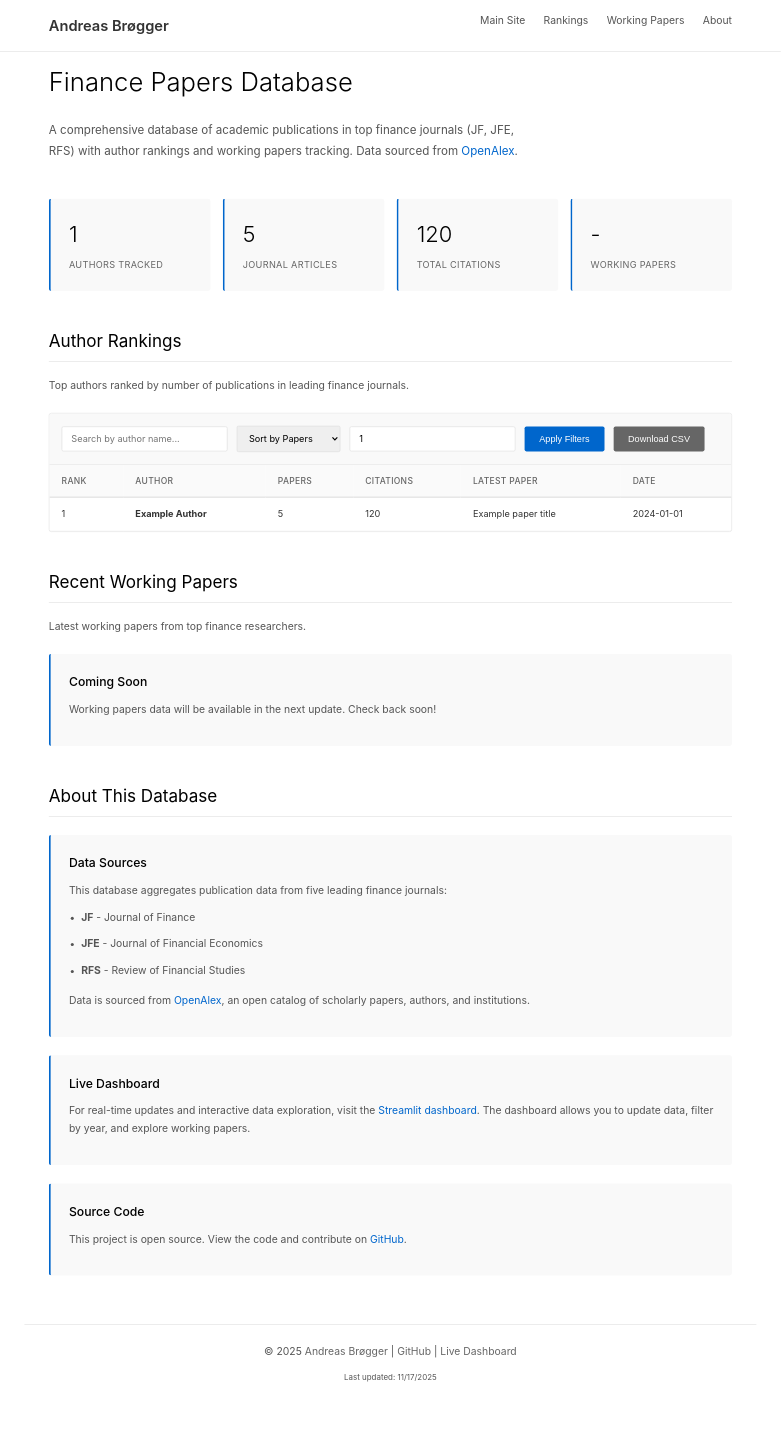
Repository: anbrog/finance-papers
Page: docs/index.html
These files come from the project's save history. The page is drawn as it stood at one moment and after the next save; the edit follows.
The browser window is 1280 px wide. The pictures show the whole page, at 61% of full size.

Above is the page before, as saved 2025-11-18 11:26:41.

### docs/index.html
<!DOCTYPE html>
<html lang="en">
<head>
    <meta charset="UTF-8">
    <meta name="viewport" content="width=device-width, initial-scale=1.0">
    <title>Finance Papers Database - Andreas Brøgger</title>
    <style>
        * {
            margin: 0;
            padding: 0;
            box-sizing: border-box;
        }

        body {
            font-family: -apple-system, BlinkMacSystemFont, 'Segoe UI', 'Roboto', 'Helvetica Neue', Arial, sans-serif;
            line-height: 1.6;
            color: #333;
            background-color: #ffffff;
        }

        /* Navigation - matching andreasbrogger.com */
        nav {
            background-color: #ffffff;
            border-bottom: 1px solid #e0e0e0;
            position: fixed;
            width: 100%;
            top: 0;
            z-index: 1000;
            padding: 20px 0;
        }

        nav .container {
            max-width: 1200px;
            margin: 0 auto;
            padding: 0 40px;
            display: flex;
            justify-content: space-between;
            align-items: center;
        }

        nav .logo {
            font-size: 24px;
            font-weight: 600;
            color: #333;
            text-decoration: none;
        }

        nav .nav-links {
            display: flex;
            gap: 30px;
            list-style: none;
        }

        nav .nav-links a {
            color: #555;
            text-decoration: none;
            transition: color 0.3s;
        }

        nav .nav-links a:hover {
            color: #000;
        }

        /* Main Content */
        main {
            max-width: 1200px;
            margin: 100px auto 60px;
            padding: 0 40px;
        }

        h1 {
            font-size: 42px;
            font-weight: 300;
            margin-bottom: 30px;
            color: #000;
        }

        h2 {
            font-size: 28px;
            font-weight: 400;
            margin: 50px 0 25px;
            color: #000;
            border-bottom: 1px solid #e0e0e0;
            padding-bottom: 10px;
        }

        h3 {
            font-size: 20px;
            font-weight: 500;
            margin: 30px 0 15px;
            color: #000;
        }

        p, li {
            font-size: 17px;
            line-height: 1.7;
            color: #555;
            margin-bottom: 15px;
        }

        a {
            color: #0066cc;
            text-decoration: none;
            transition: color 0.3s;
        }

        a:hover {
            color: #004499;
            text-decoration: underline;
        }

        /* Hero Section */
        .hero {
            margin-bottom: 60px;
        }

        .hero p {
            font-size: 19px;
            line-height: 1.8;
            max-width: 800px;
        }

        /* Stats Cards */
        .stats {
            display: grid;
            grid-template-columns: repeat(auto-fit, minmax(250px, 1fr));
            gap: 20px;
            margin: 40px 0;
        }

        .stat-card {
            background: #f9f9f9;
            padding: 30px;
            border-radius: 4px;
            border-left: 3px solid #0066cc;
        }

        .stat-card .number {
            font-size: 36px;
            font-weight: 300;
            color: #000;
            margin-bottom: 10px;
        }

        .stat-card .label {
            font-size: 15px;
            color: #666;
            text-transform: uppercase;
            letter-spacing: 0.5px;
        }

        /* Data Table */
        .table-container {
            background: #ffffff;
            border: 1px solid #e0e0e0;
            border-radius: 4px;
            overflow: hidden;
            margin: 30px 0;
        }

        .table-controls {
            padding: 20px;
            background: #f9f9f9;
            border-bottom: 1px solid #e0e0e0;
            display: flex;
            gap: 15px;
            flex-wrap: wrap;
            align-items: center;
        }

        .table-controls input,
        .table-controls select {
            padding: 10px 15px;
            border: 1px solid #ddd;
            border-radius: 3px;
            font-size: 15px;
            font-family: inherit;
        }

        .table-controls input:focus,
        .table-controls select:focus {
            outline: none;
            border-color: #0066cc;
        }

        table {
            width: 100%;
            border-collapse: collapse;
        }

        thead {
            background: #fafafa;
            border-bottom: 2px solid #e0e0e0;
        }

        th {
            padding: 15px 20px;
            text-align: left;
            font-weight: 500;
            font-size: 14px;
            color: #666;
            text-transform: uppercase;
            letter-spacing: 0.5px;
            cursor: pointer;
            user-select: none;
        }

        th:hover {
            background: #f0f0f0;
        }

        td {
            padding: 15px 20px;
            border-bottom: 1px solid #f0f0f0;
            font-size: 15px;
        }

        tbody tr:hover {
            background: #fafafa;
        }

        /* Buttons */
        .btn {
            display: inline-block;
            padding: 12px 24px;
            background: #0066cc;
            color: white !important;
            border: none;
            border-radius: 3px;
            font-size: 15px;
            cursor: pointer;
            transition: background 0.3s;
            text-decoration: none !important;
        }

        .btn:hover {
            background: #0052a3;
        }

        .btn-secondary {
            background: #666;
        }

        .btn-secondary:hover {
            background: #555;
        }

        /* Footer */
        footer {
            max-width: 1200px;
            margin: 80px auto 40px;
            padding: 30px 40px;
            border-top: 1px solid #e0e0e0;
            text-align: center;
            color: #999;
            font-size: 14px;
        }

        footer a {
            color: #666;
        }

        /* Sections */
        .section {
            margin: 60px 0;
        }

        .about-box {
            background: #f9f9f9;
            padding: 30px;
            border-radius: 4px;
            border-left: 3px solid #0066cc;
            margin: 30px 0;
        }

        .about-box h3 {
            margin-top: 0;
        }

        .about-box ul {
            margin-left: 20px;
            margin-top: 15px;
        }

        /* Loading State */
        .loading {
            text-align: center;
            padding: 60px 20px;
            color: #999;
            font-size: 17px;
        }

        /* Empty State */
        .empty-state {
            text-align: center;
            padding: 60px 20px;
            color: #999;
        }

        .empty-state h3 {
            color: #666;
            margin-bottom: 15px;
        }

        /* Responsive */
        @media (max-width: 768px) {
            nav .container {
                flex-direction: column;
                gap: 20px;
            }

            main {
                padding: 0 20px;
                margin-top: 140px;
            }

            h1 {
                font-size: 32px;
            }

            .stats {
                grid-template-columns: 1fr;
            }

            .table-container {
                overflow-x: auto;
            }

            table {
                min-width: 800px;
            }
        }
    </style>
</head>
<body>
    <!-- Navigation -->
    <nav>
        <div class="container">
            <a href="https://andreasbrogger.com" class="logo">Andreas Brøgger</a>
            <ul class="nav-links">
                <li><a href="https://andreasbrogger.com">Main Site</a></li>
                <li><a href="#rankings">Rankings</a></li>
                <li><a href="#working-papers">Working Papers</a></li>
                <li><a href="#about">About</a></li>
            </ul>
        </div>
    </nav>

    <!-- Main Content -->
    <main>
        <!-- Hero -->
        <div class="hero">
            <h1>Finance Papers Database</h1>
            <p>
                A comprehensive database of academic publications in top finance journals
                (JF, JFE, RFS) with author rankings and working papers tracking.
                Data sourced from <a href="https://openalex.org" target="_blank">OpenAlex</a>.
            </p>
        </div>

        <!-- Stats Overview -->
        <div class="stats" id="statsContainer">
            <div class="stat-card">
                <div class="number" id="totalAuthors">-</div>
                <div class="label">Authors Tracked</div>
            </div>
            <div class="stat-card">
                <div class="number" id="totalPapers">-</div>
                <div class="label">Journal Articles</div>
            </div>
            <div class="stat-card">
                <div class="number" id="totalCitations">-</div>
                <div class="label">Total Citations</div>
            </div>
            <div class="stat-card">
                <div class="number" id="totalWorkingPapers">-</div>
                <div class="label">Working Papers</div>
            </div>
        </div>

        <!-- Author Rankings Section -->
        <section class="section" id="rankings">
            <h2>Author Rankings</h2>
            <p>Top authors ranked by number of publications in leading finance journals.</p>

            <div class="table-container">
                <div class="table-controls">
                    <input type="text" id="searchInput" placeholder="Search by author name...">
                    <select id="sortBy">
                        <option value="papers">Sort by Papers</option>
                        <option value="citations">Sort by Citations</option>
                    </select>
                    <input type="number" id="minPapers" placeholder="Min papers" min="0" value="1">
                    <button class="btn" onclick="filterData()">Apply Filters</button>
                    <button class="btn btn-secondary" onclick="exportCSV()">Download CSV</button>
                </div>

                <div id="tableWrapper">
                    <div class="loading">Loading data...</div>
                </div>
            </div>
        </section>

        <!-- Working Papers Section -->
        <section class="section" id="working-papers">
            <h2>Recent Working Papers</h2>
            <p>Latest working papers from top finance researchers.</p>
            <div class="about-box">
                <h3>Coming Soon</h3>
                <p>Working papers data will be available in the next update. Check back soon!</p>
            </div>
        </section>

        <!-- About Section -->
        <section class="section" id="about">
            <h2>About This Database</h2>
            <div class="about-box">
                <h3>Data Sources</h3>
                <p>
                    This database aggregates publication data from five leading finance journals:
                </p>
                <ul>
                    <li><strong>JF</strong> - Journal of Finance</li>
                    <li><strong>JFE</strong> - Journal of Financial Economics</li>
                    <li><strong>RFS</strong> - Review of Financial Studies</li>
                </ul>
                <p style="margin-top: 20px;">
                    Data is sourced from <a href="https://openalex.org" target="_blank">OpenAlex</a>,
                    an open catalog of scholarly papers, authors, and institutions.
                </p>
            </div>

            <div class="about-box">
                <h3>Live Dashboard</h3>
                <p>
                    For real-time updates and interactive data exploration, visit the
                    <a href="https://finance-papers.streamlit.app" target="_blank">Streamlit dashboard</a>.
                    The dashboard allows you to update data, filter by year, and explore working papers.
                </p>
            </div>

            <div class="about-box">
                <h3>Source Code</h3>
                <p>
                    This project is open source. View the code and contribute on
                    <a href="https://github.com/anbrog/finance-papers" target="_blank">GitHub</a>.
                </p>
            </div>
        </section>
    </main>

    <!-- Footer -->
    <footer>
        <p>
            © 2025 <a href="https://andreasbrogger.com">Andreas Brøgger</a> |
            <a href="https://github.com/anbrog/finance-papers" target="_blank">GitHub</a> |
            <a href="https://finance-papers.streamlit.app" target="_blank">Live Dashboard</a>
        </p>
        <p style="margin-top: 10px; font-size: 13px;">
            Last updated: <span id="lastUpdate">-</span>
        </p>
    </footer>

    <script>
        let allData = [];

        async function loadData() {
            try {
                const response = await fetch('./data/rankings.json');
                allData = await response.json();

                if (allData.length > 0) {
                    displayData(allData);
                    updateStats(allData);
                    document.getElementById('lastUpdate').textContent = new Date().toLocaleDateString();
                } else {
                    showEmptyState();
                }
            } catch (error) {
                showEmptyState();
            }
        }

        function displayData(data) {
            const wrapper = document.getElementById('tableWrapper');

            if (data.length === 0) {
                wrapper.innerHTML = '<div class="empty-state"><h3>No results found</h3><p>Try adjusting your filters</p></div>';
                return;
            }

            let html = '<table><thead><tr>';
            html += '<th onclick="sortTable(\'rank\')">Rank</th>';
            html += '<th onclick="sortTable(\'author\')">Author</th>';
            html += '<th onclick="sortTable(\'papers\')">Papers</th>';
            html += '<th onclick="sortTable(\'citations\')">Citations</th>';
            html += '<th>Latest Paper</th>';
            html += '<th onclick="sortTable(\'date\')">Date</th>';
            html += '</tr></thead><tbody>';

            data.forEach((row, index) => {
                html += '<tr>';
                html += `<td>${index + 1}</td>`;
                html += `<td><strong>${row.Author || ''}</strong></td>`;
                html += `<td>${row.Papers || 0}</td>`;
                html += `<td>${row.Citations || 0}</td>`;
                html += `<td>${(row['Latest Paper'] || '').substring(0, 60)}${row['Latest Paper']?.length > 60 ? '...' : ''}</td>`;
                html += `<td>${row['Latest Date'] || ''}</td>`;
                html += '</tr>';
            });

            html += '</tbody></table>';
            wrapper.innerHTML = html;
        }

        function updateStats(data) {
            const totalAuthors = data.length;
            const totalPapers = data.reduce((sum, row) => sum + (row.Papers || 0), 0);
            const totalCitations = data.reduce((sum, row) => sum + (row.Citations || 0), 0);

            document.getElementById('totalAuthors').textContent = totalAuthors.toLocaleString();
            document.getElementById('totalPapers').textContent = totalPapers.toLocaleString();
            document.getElementById('totalCitations').textContent = totalCitations.toLocaleString();
            document.getElementById('totalWorkingPapers').textContent = '-';
        }

        function filterData() {
            const searchTerm = document.getElementById('searchInput').value.toLowerCase();
            const minPapers = parseInt(document.getElementById('minPapers').value) || 0;
            const sortBy = document.getElementById('sortBy').value;

            let filtered = allData.filter(row => {
                const matchesSearch = !searchTerm || (row.Author || '').toLowerCase().includes(searchTerm);
                const matchesPapers = (row.Papers || 0) >= minPapers;
                return matchesSearch && matchesPapers;
            });

            filtered.sort((a, b) => {
                if (sortBy === 'citations') {
                    return (b.Citations || 0) - (a.Citations || 0);
                }
                return (b.Papers || 0) - (a.Papers || 0);
            });

            displayData(filtered);
            updateStats(filtered);
        }

        function sortTable(column) {
            const sortBy = column === 'citations' ? 'citations' : 'papers';
            document.getElementById('sortBy').value = sortBy;
            filterData();
        }

        function exportCSV() {
            const csv = convertToCSV(allData);
            const blob = new Blob([csv], { type: 'text/csv' });
            const url = window.URL.createObjectURL(blob);
            const a = document.createElement('a');
            a.href = url;
            a.download = `finance_papers_rankings_${new Date().toISOString().split('T')[0]}.csv`;
            a.click();
        }

        function convertToCSV(data) {
            const headers = ['Rank', 'Author', 'Papers', 'Citations', 'Latest Paper', 'Latest Date'];
            const rows = data.map((row, index) => [
                index + 1,
                row.Author || '',
                row.Papers || 0,
                row.Citations || 0,
                (row['Latest Paper'] || '').replace(/"/g, '""'),
                row['Latest Date'] || ''
            ]);

            return [
                headers.join(','),
                ...rows.map(row => row.map(cell => `"${cell}"`).join(','))
            ].join('\n');
        }

        function showEmptyState() {
            document.getElementById('tableWrapper').innerHTML = `
                <div class="empty-state">
                    <h3>No data available yet</h3>
                    <p>Export rankings from the <a href="https://finance-papers.streamlit.app" target="_blank">Streamlit dashboard</a> to populate this page.</p>
                    <p style="margin-top: 20px;">
                        <a href="https://finance-papers.streamlit.app" target="_blank" class="btn">Go to Dashboard</a>
                    </p>
                </div>
            `;
            document.getElementById('totalAuthors').textContent = '0';
            document.getElementById('totalPapers').textContent = '0';
            document.getElementById('totalCitations').textContent = '0';
        }

        document.getElementById('searchInput').addEventListener('input', filterData);
        document.getElementById('minPapers').addEventListener('input', filterData);
        document.getElementById('sortBy').addEventListener('change', filterData);

        loadData();
    </script>
</body>
</html>

### docs/data/rankings.json
[
  {
    "Rank": 1,
    "Author": "Example Author",
    "Papers": 5,
    "Citations": 120,
    "Latest Paper": "Example paper title",
    "Latest Date": "2024-01-01"
  }
]

After the next save:
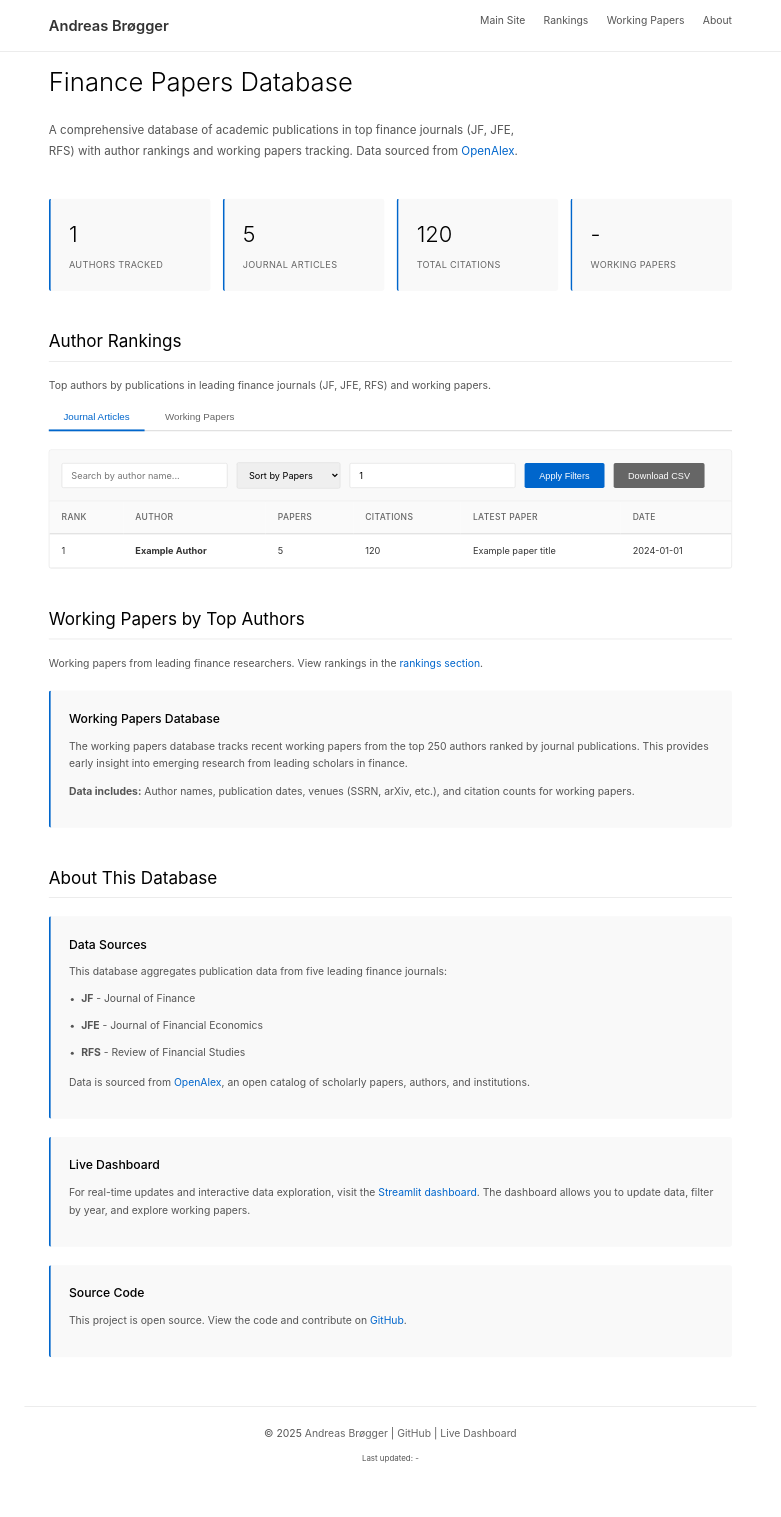
Saved 4 min 16 s later.
--- a/docs/index.html
+++ b/docs/index.html
@@ -294,7 +294,45 @@
         .empty-state {
             text-align: center;
             padding: 60px 20px;
-            color: #999;
+            color: #666;
+        }
+
+        /* Tabs */
+        .tabs {
+            display: flex;
+            gap: 10px;
+            margin-bottom: 20px;
+            border-bottom: 2px solid #e0e0e0;
+        }
+
+        .tab-btn {
+            padding: 12px 24px;
+            background: none;
+            border: none;
+            border-bottom: 3px solid transparent;
+            cursor: pointer;
+            font-size: 16px;
+            color: #666;
+            transition: all 0.3s ease;
+            margin-bottom: -2px;
+        }
+
+        .tab-btn:hover {
+            color: #0066cc;
+        }
+
+        .tab-btn.active {
+            color: #0066cc;
+            border-bottom-color: #0066cc;
+            font-weight: 500;
+        }
+
+        .tab-content {
+            display: none;
+        }
+
+        .tab-content.active {
+            display: block;
         }
 
         .empty-state h3 {
@@ -378,10 +416,16 @@
             </div>
         </div>
 
-        <!-- Author Rankings Section -->
+        <!-- Rankings Section -->
         <section class="section" id="rankings">
             <h2>Author Rankings</h2>
-            <p>Top authors ranked by number of publications in leading finance journals.</p>
+            <p>Top authors by publications in leading finance journals (JF, JFE, RFS) and working papers.</p>
+
+            <!-- Tabs -->
+            <div class="tabs">
+                <button class="tab-btn active" onclick="switchTab('journals')">Journal Articles</button>
+                <button class="tab-btn" onclick="switchTab('working-papers-tab')">Working Papers</button>
+            </div>
 
             <div class="table-container">
                 <div class="table-controls">
@@ -403,11 +447,19 @@
 
         <!-- Working Papers Section -->
         <section class="section" id="working-papers">
-            <h2>Recent Working Papers</h2>
-            <p>Latest working papers from top finance researchers.</p>
+            <h2>Working Papers by Top Authors</h2>
+            <p>Working papers from leading finance researchers. View rankings in the <a href="#rankings" onclick="switchTab('working-papers-tab')">rankings section</a>.</p>
             <div class="about-box">
-                <h3>Coming Soon</h3>
-                <p>Working papers data will be available in the next update. Check back soon!</p>
+                <h3>Working Papers Database</h3>
+                <p>
+                    The working papers database tracks recent working papers from the top 250 authors
+                    ranked by journal publications. This provides early insight into emerging research
+                    from leading scholars in finance.
+                </p>
+                <p style="margin-top: 1rem;">
+                    <strong>Data includes:</strong> Author names, publication dates, venues (SSRN, arXiv, etc.),
+                    and citation counts for working papers.
+                </p>
             </div>
         </section>
 
@@ -467,16 +519,37 @@
         async function loadData() {
             try {
                 const response = await fetch('./data/rankings.json');
-                allData = await response.json();
+                const data = await response.json();
+
+                // Handle both old and new data formats
+                if (Array.isArray(data)) {
+                    // Old format: array of rankings
+                    allData = data;
+                    allDataWP = [];
+                } else {
+                    // New format: object with journals and working_papers
+                    allData = data.journals || [];
+                    allDataWP = data.working_papers || [];
+                    if (data.last_updated) {
+                        document.getElementById('lastUpdate').textContent = new Date(data.last_updated).toLocaleDateString();
+                    }
+                }
 
                 if (allData.length > 0) {
                     displayData(allData);
                     updateStats(allData);
-                    document.getElementById('lastUpdate').textContent = new Date().toLocaleDateString();
-                } else {
+                }
+
+                if (allDataWP.length > 0) {
+                    displayDataWP(allDataWP);
+                    updateStatsWP(allDataWP);
+                }
+
+                if (allData.length === 0 && allDataWP.length === 0) {
                     showEmptyState();
                 }
             } catch (error) {
+                console.error('Error loading data:', error);
                 showEmptyState();
             }
         }
